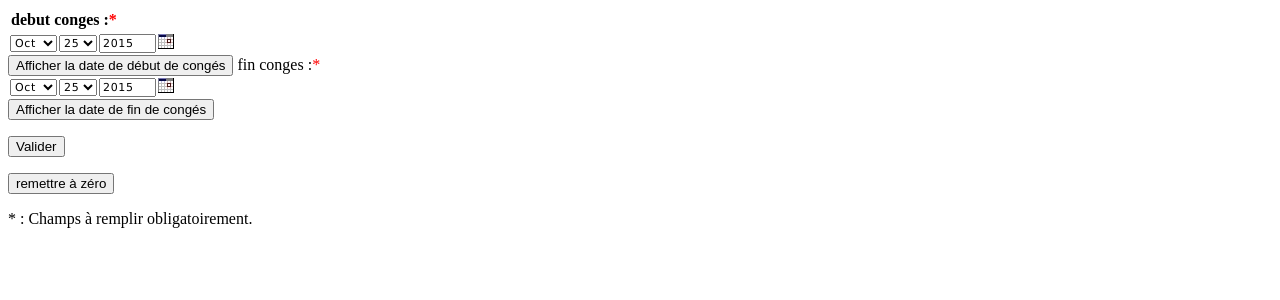
Repository: Iankills/TB-IR331
Page: http://localhost/gestConges_WebGUI/nouveau_conges.jsp
The author's editor kept a copy of each file at every save. The page is drawn from the files as they stood at one save, then again after the next save.
The browser window is 1280 px wide. The pictures show the whole page.
The page is served by Tomcat 9.

Above is the page before, as saved 2015-10-29 09:54:25.

After the next save:
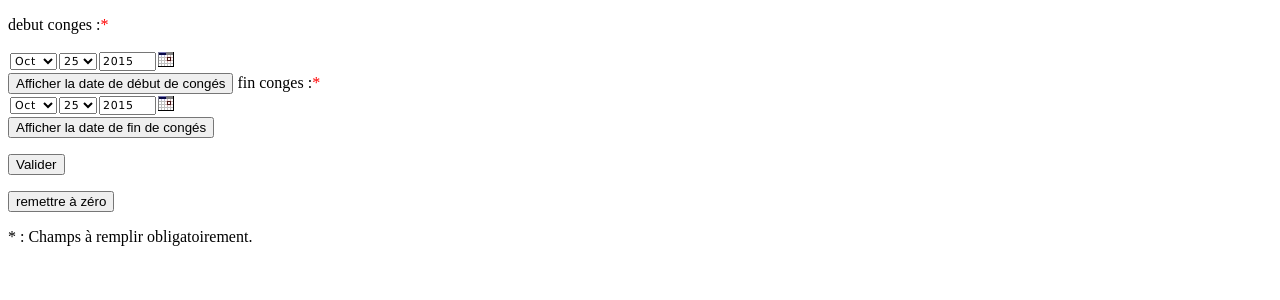
Saved 72 s later.
--- a/workspace-gestconges/gestConges_WebGUI/WebContent/nouveau_conges.jsp
+++ b/workspace-gestconges/gestConges_WebGUI/WebContent/nouveau_conges.jsp
@@ -24,7 +24,7 @@
 		<input type="hidden" name="action" value="traitement_conges" />
 		<table id="affichage">
 			<tr>
-				<th>debut conges :<font color="red">*</font></th>
+				<p>debut conges :<font color="red">*</font></p>
 				<!-- <td><input type="text" name='debutconges' placeholder="format jj/mm/aaaa" /></td> -->
 				<script>DateInput('debutconges', true, 'DD/MM/YYYY')</script>
 				<input type="button" onClick="alert(this.form.debutconges.value)" value="Afficher la date de début de congés">
